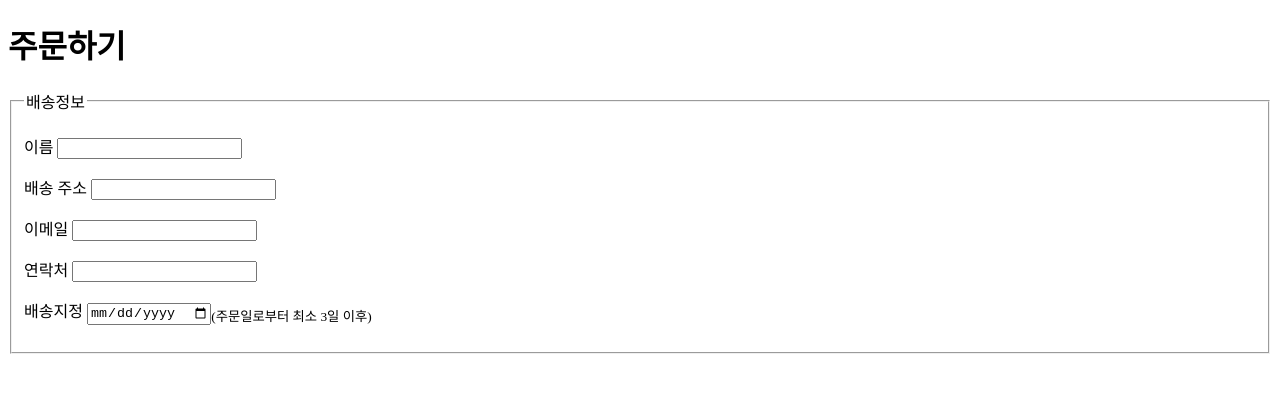
Repository: Kebiskim/2023_WebStudy
Page: 01_css/src/main/webapp/day01/Ex04_Delivery_Info2.html
An editor plug-in stored every save of this project. The page is shown before and after the next save, followed by the edit.
The browser window is 1280 px wide. The pictures show the whole page.

Above is the page before, as saved 2023-06-22 05:52:43.

After the next save:
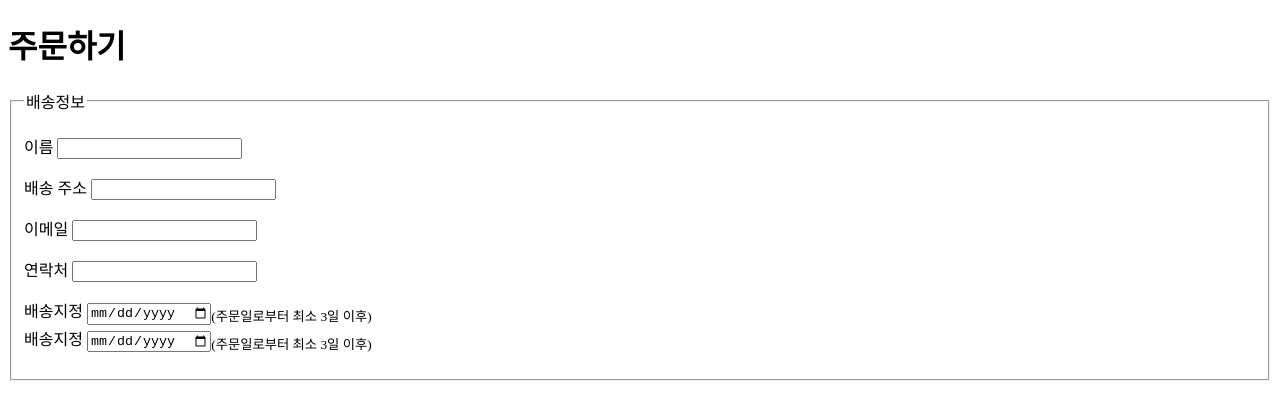
Saved 6 s later.
--- a/01_css/src/main/webapp/day01/Ex04_Delivery_Info2.html
+++ b/01_css/src/main/webapp/day01/Ex04_Delivery_Info2.html
@@ -35,7 +35,9 @@
 				</p>
 				<p>
 					<label for="d_day">배송지정</label>
-					<input type="date" id="d_day" name="d_day"><sub>(주문일로부터 최소 3일 이후)</sub>
+					<input type="date" id="d_day" name="d_day"><sub>(주문일로부터 최소 3일 이후)</sub><br>
+					<label for="d_day">배송지정</label>
+					<input type="date" id="d_day" name="d_day"><sub>(주문일로부터 최소 3일 이후)</sub><br>
 				</p>
 
 			</fieldset>
